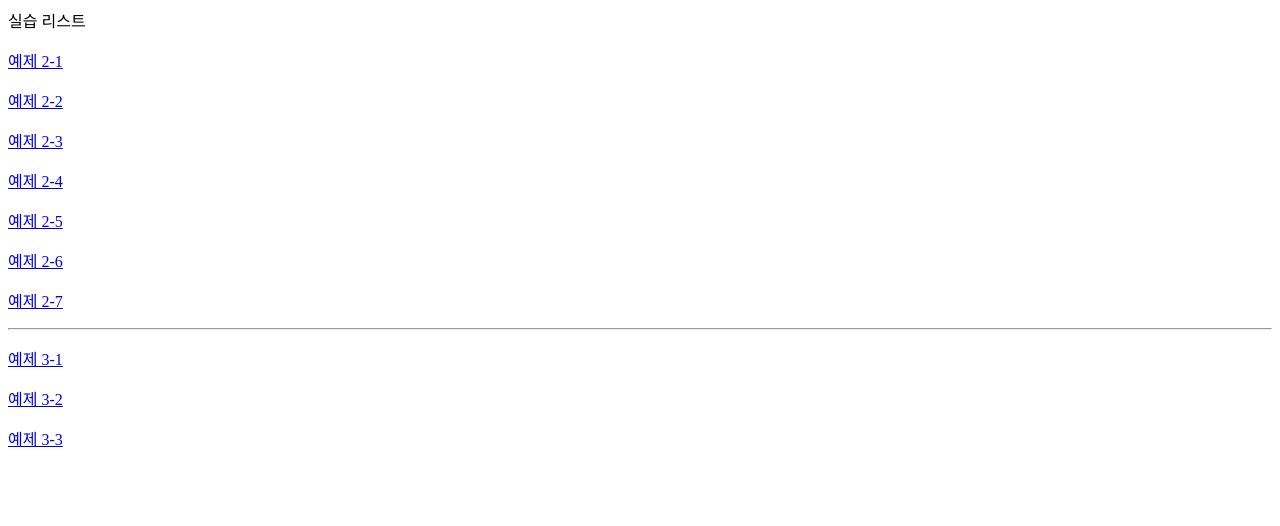
Repository: ezooo/JSP-test
Page: http://localhost/jspbook/
The author's editor kept a copy of each file at every save. The page is drawn from the files as they stood at one save, then again after the next save.
The browser window is 1280 px wide. The pictures show the whole page.
The page is served by Tomcat 10.

Above is the page before, as saved 2024-10-08 05:19:36.

After the next save:
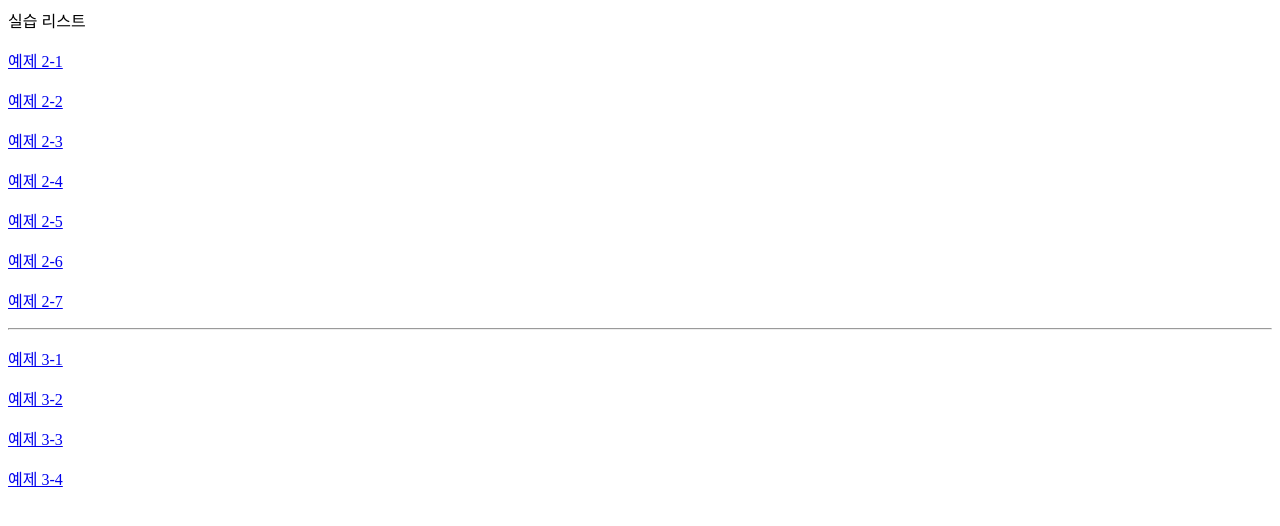
Saved 33 min 52 s later.
--- a/jspbook/src/main/webapp/index.jsp
+++ b/jspbook/src/main/webapp/index.jsp
@@ -19,6 +19,6 @@
 	<p><a href="3_1">예제 3-1</a></p>
 	<p><a href="3_2">예제 3-2</a></p>
 	<p><a href="3_3">예제 3-3</a></p>
-
+	<p><a href="3_4">예제 3-4</a></p>
 </body>
 </html>
